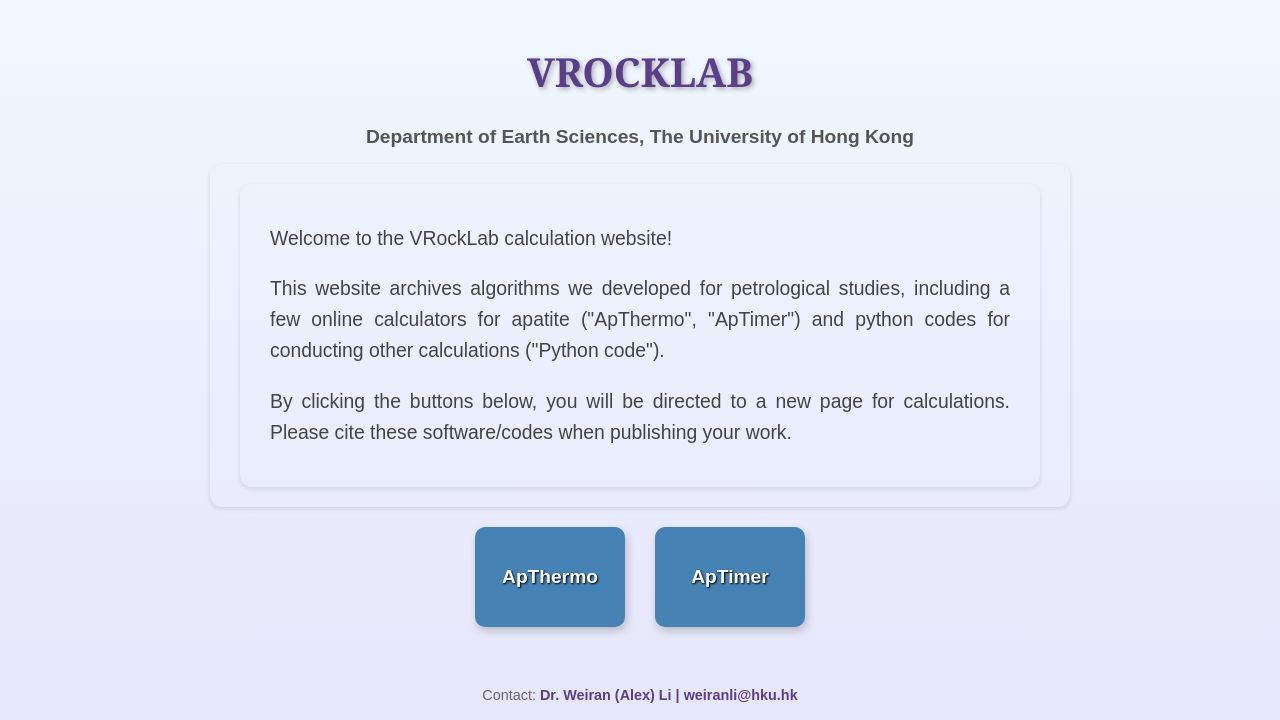
Repository: Abyss2019/home_page
Page: index.html
These files come from the project's save history. The page is drawn as it stood at one moment and after the next save; the edit follows.
The browser window is 1280 px wide. The pictures show the whole page.

Above is the page before, as saved 2025-04-06 10:24:42.

### index.html
<!DOCTYPE html>
<html lang="en">
<head>
    <meta charset="UTF-8">
    <meta name="viewport" content="width=device-width, initial-scale=1.0">
    <title>VROCKLAB</title>
    <style>
        body {
            font-family: Arial, sans-serif;
            margin: 0;
            padding: 0;
            /* background-image: url('./bg.webp'); */
            background: linear-gradient(to bottom, #f0f8ff, #e6e6fa);
            color: #333;
            display: flex;
            flex-direction: column;
            align-items: center;
            justify-content: center;
            height: 100vh;
        }

        header {
            text-align: center;
            /* margin-bottom: 30px; */
        }

        header h1 {
            font-size: 2.5em;
            font-family: 'Georgia', serif;
            text-shadow: 2px 2px 5px #aaa;
            color: #5a3e8a;
        }

        header h2 {
            font-size: 1.2em;
            margin-top: 5px;
            color: #555;
        }

        .intro {
        font-size: 1.1em;
        line-height: 1.6;
        text-align: justify;
        color: #444;
        /* background-color: #f2f6ff; */
        padding: 20px 30px;
        border-radius: 12px;
        box-shadow: 0 2px 5px rgba(0, 0, 0, 0.1);
        max-width: 800px;
        }


        .buttons-container {
            display: flex;
            gap: 30px;
            margin: 20px 0;
        }

        .button {
            display: flex;
            align-items: center;
            justify-content: center;
            width: 150px;
            height: 100px;
            background-color: #4682b4;
            border-radius: 10px;
            box-shadow: 2px 4px 8px rgba(0, 0, 0, 0.2);
            color: #fff;
            font-size: 1.2em;
            font-weight: bold;
            text-decoration: none;
            text-shadow: 1px 1px 2px #000;

        }
        .button:hover{
          transform: scale(1.05);
        }

        footer {
            margin-top: 40px;
            font-size: 0.9em;
            color: #666;
            text-align: center;
        }

        footer a {
            color: #5a3e8a;
            text-decoration: none;
            font-weight: bold;
        }

        footer a:hover {
            text-decoration: underline;
        }
    </style>
</head>
<body>
    <header>
        <h1>VROCKLAB</h1>
        <h2>Department of Earth Sciences, The University of Hong Kong</h2>
    </header>

    <div class="intro">
        <div class="intro indent">
        <p>Welcome to the VRockLab calculation website!</p>
        <p>This website archives algorithms we developed for petrological studies, including a few online calculators for apatite ("ApThermo", "ApTimer") and python codes for conducting other calculations ("Python code").</p>
        <p>By clicking the buttons below, you will be directed to a new page for calculations. Please cite these software/codes when publishing your work.</p>
        </div>
    </div>

    <div class="buttons-container">
        <a href="https://vrocklab.hku.hk/ApThermo/" target="_blank" class="button">ApThermo</a>
        <a href="https://vrocklab.hku.hk/ApTimer/" target="_blank" class="button">ApTimer</a>
    </div>

    <footer>
        Contact: <a href="mailto:weiranli@hku.hk">Dr. Weiran (Alex) Li | weiranli@hku.hk</a>
    </footer>
</body>
</html>

After the next save:
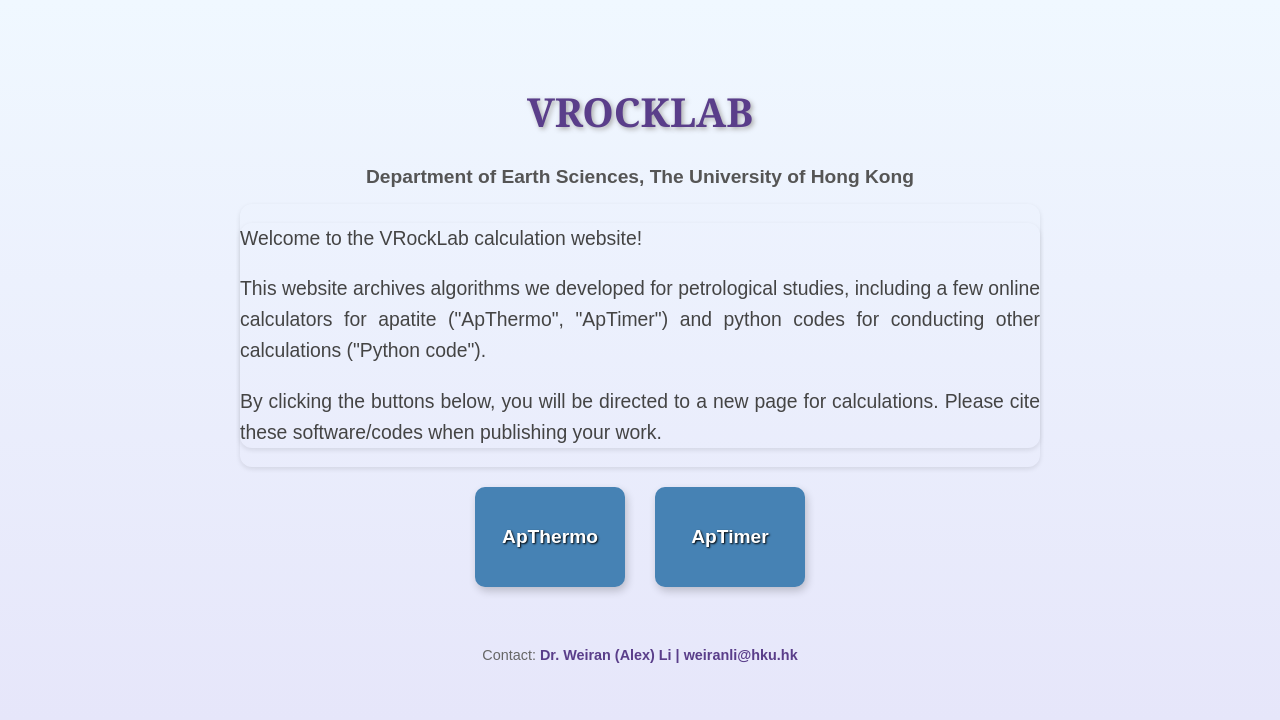
Saved 4 s later.
--- a/index.html
+++ b/index.html
@@ -43,7 +43,7 @@
         text-align: justify;
         color: #444;
         /* background-color: #f2f6ff; */
-        padding: 20px 30px;
+        /* padding: 20px 30px; */
         border-radius: 12px;
         box-shadow: 0 2px 5px rgba(0, 0, 0, 0.1);
         max-width: 800px;

After the 2 saves that followed:
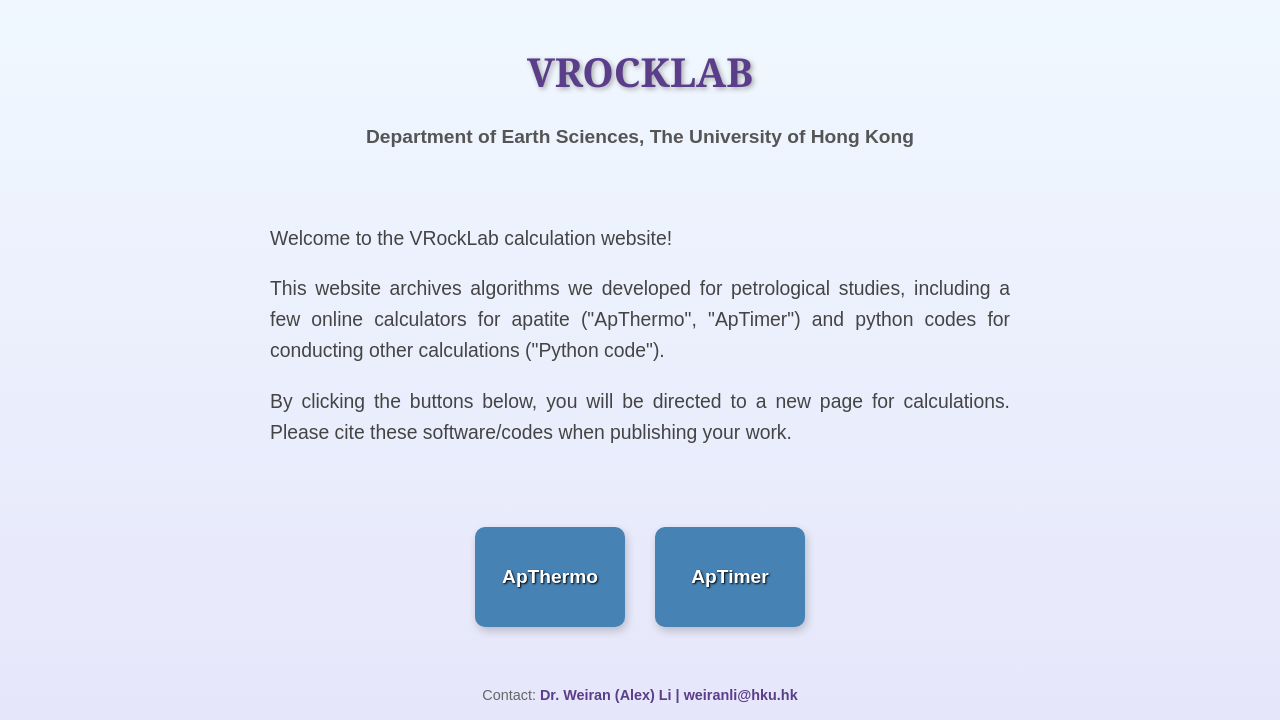
The 2 saves are shown as one change because they came seconds apart.
The last was saved 8 s later.
--- a/index.html
+++ b/index.html
@@ -43,9 +43,9 @@
         text-align: justify;
         color: #444;
         /* background-color: #f2f6ff; */
-        /* padding: 20px 30px; */
-        border-radius: 12px;
-        box-shadow: 0 2px 5px rgba(0, 0, 0, 0.1);
+        padding: 20px 30px;
+        /* border-radius: 12px; */
+        /* box-shadow: 0 2px 5px rgba(0, 0, 0, 0.1); */
         max-width: 800px;
         }
 
